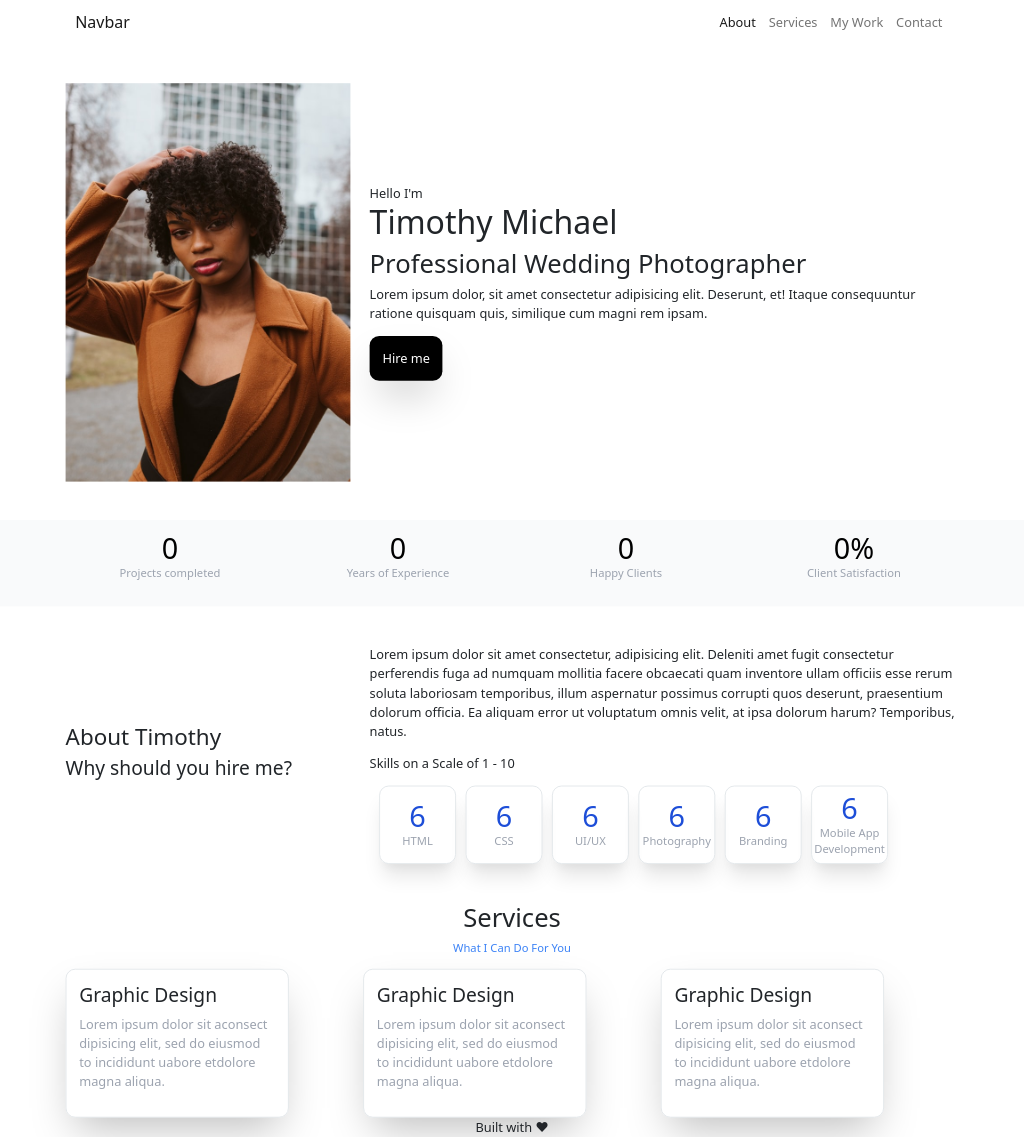
Repository: latenightsnacc/giggles
Page: HTML/freelancer.html
An editor plug-in stored every save of this project. The page is shown before and after the next save, followed by the edit.
The browser window is 1280 px wide. The pictures show the whole page, at 80% of full size.
Some web libraries are served in a nearby version.

Above is the page before, as saved 2021-01-03 15:41:11.

### HTML/freelancer.html
<!DOCTYPE html>
<html lang="en">
<head>
    <meta charset="UTF-8">
    <meta name="viewport" content="width=device-width, initial-scale=1.0">
    <link href="https://cdnjs.cloudflare.com/ajax/libs/tailwindcss/2.0.2/tailwind.min.css" rel="stylesheet">
    <link rel="stylesheet" href="https://stackpath.bootstrapcdn.com/font-awesome/4.7.0/css/font-awesome.min.css" />
    <link href="https://cdn.jsdelivr.net/npm/bootstrap@5.0.0-beta1/dist/css/bootstrap.min.css" rel="stylesheet" integrity="sha384-giJF6kkoqNQ00vy+HMDP7azOuL0xtbfIcaT9wjKHr8RbDVddVHyTfAAsrekwKmP1" crossorigin="anonymous">
    <title>Freelancer Page</title>
</head>
<body>
    <header class="container">
        <nav class="navbar navbar-expand-lg navbar-light bg-white">
            <div class="container-fluid">
              <a class="navbar-brand" href="#">Navbar</a>
              <button class="navbar-toggler" type="button" data-bs-toggle="collapse" data-bs-target="#navbarNavDropdown" aria-controls="navbarNavDropdown" aria-expanded="false" aria-label="Toggle navigation">
                <span class="navbar-toggler-icon"></span>
              </button>
              <div class="collapse navbar-collapse" id="navbarNavDropdown">
                <ul class="navbar-nav ml-auto">
                  <li class="nav-item">
                    <a class="nav-link active" aria-current="page" href="#">About</a>
                  </li>
                  <li class="nav-item">
                    <a class="nav-link" href="#">Services</a>
                  </li>
                  <li class="nav-item">
                    <a class="nav-link" href="#">My Work</a>
                  </li>
                  <li class="nav-item">
                    <a class="nav-link" href="#">Contact</a>
                  </li>
                  <!-- <li class="nav-item dropdown">
                    <a class="nav-link dropdown-toggle" href="#" id="navbarDropdownMenuLink" role="button" data-bs-toggle="dropdown" aria-expanded="false">
                      Dropdown link
                    </a>
                    <ul class="dropdown-menu" aria-labelledby="navbarDropdownMenuLink">
                      <li><a class="dropdown-item" href="#">Action</a></li>
                      <li><a class="dropdown-item" href="#">Another action</a></li>
                      <li><a class="dropdown-item" href="#">Something else here</a></li>
                    </ul>
                  </li> -->
                </ul>
              </div>
            </div>
        </nav>
    </header>
    <main>
        <!--User Banner-->
        <div class="container mt-5">
            <div class="row flex items-center h-auto">
                <div class="col-sm-12 col-md-4 col-lg-4 col-xl-4">
                    <img src="assets/userDp.jpg" alt="Profile Picture">
                </div>
                <div class="col-sm-12 col-md-8 col-lg-8 col-xl-8">
                    <div class="user-info">
                        <span>Hello I'm</span>
                        <h1>Timothy Michael</h1>
                        <h2>Professional Wedding Photographer</h2>
                        <p>Lorem ipsum dolor, sit amet consectetur adipisicing elit. Deserunt, et! Itaque consequuntur ratione quisquam quis, similique cum magni rem ipsam.</p>
                        <button class="bg-black text-white p-3 semi-bold rounded-xl shadow-2xl">Hire me</button>
                    </div>
                </div>
            </div>
        </div>
        <!--User Statisitics-->
        <div class="stats w-full bg-gray-50 flex items-center h-auto py-3 mt-5">
            <div class="container">
                <div class="row">
                    <div class="stat-box col text-center">
                        <div class="bold text-4xl text-black">0</div>
                        <p class="text-sm text-gray-400">Projects completed</p>

                    </div>
                    <div class="stat-box col text-center">
                        <div class="bold text-4xl text-black">0</div>
                        <p class="text-sm text-gray-400">Years of Experience</p>
                    </div>
                    <div class="stat-box col text-center">
                        <div class="bold text-4xl text-black">0</div>
                        <p class="text-sm text-gray-400">Happy Clients</p>
                    </div>
                    <div class="stat-box col text-center">
                        <div class="bold text-4xl text-black">0%</div>
                        <p class="text-sm text-gray-400">Client Satisfaction</p>
                    </div>
                </div>
            </div>
        </div>
        <!--About User-->
        <div class="container">
            <div class="row h-auto flex flex-row items-center">
                <div class="col-sm-12 col-md-6 col-lg-4 col-xl-4 pt-5">
                    <h3>About Timothy</h3>
                    <h4>Why should you hire me?</h4>
                </div>
                <div class="col-sm-12 col-md-6 col-lg-8 col-xl-8 pt-5">
                    <p>Lorem ipsum dolor sit amet consectetur, adipisicing elit. Deleniti amet fugit consectetur perferendis fuga ad numquam mollitia facere obcaecati quam inventore ullam officiis esse rerum soluta laboriosam temporibus, illum aspernatur possimus corrupti quos deserunt, praesentium dolorum officia. Ea aliquam error ut voluptatum omnis velit, at ipsa dolorum harum? Temporibus, natus.</p>
                    <span class="bold">Skills on a Scale of 1 - 10</span>
                    <div class="d-flex flex-wrap">
                        <div class="skill-box shadow-xl max-w-sm w-24 p-2 ml-3 mt-3 border border-gray-100 rounded-xl flex flex-col items-center justify-center text-center">

                            <span class="text-blue-700 bold text-4xl">6</span>
                            <div class="text-sm text-gray-400">HTML</div>
                        </div>
                        <div class="skill-box shadow-xl max-w-sm w-24 p-2 ml-3 mt-3 border border-gray-100 rounded-xl flex flex-col items-center justify-center text-center">

                            <span class="text-blue-700 bold text-4xl">6</span>
                            <div class="text-sm text-gray-400">CSS</div>
                        </div>
                        <div class="skill-box shadow-xl max-w-sm w-24 p-2 ml-3 mt-3 border border-gray-100 rounded-xl flex flex-col items-center justify-center text-center">

                            <span class="text-blue-700 bold text-4xl">6</span>
                            <div class="text-sm text-gray-400">UI/UX</div>
                        </div>
                        <div class="skill-box shadow-xl max-w-sm w-24 p-2 ml-3 mt-3 border border-gray-100 rounded-xl flex flex-col items-center justify-center text-center">

                            <span class="text-blue-700 bold text-4xl">6</span>
                            <div class="text-sm text-gray-400">Photography</div>
                        </div>
                        <div class="skill-box shadow-xl max-w-sm w-24 p-2 ml-3 mt-3 border border-gray-100 rounded-xl flex flex-col items-center justify-center text-center">

                            <span class="text-blue-700 bold text-4xl">6</span>
                            <div class="text-sm text-gray-400">Branding</div>
                        </div>
                        <div class="skill-box shadow-xl max-w-sm w-24 p-2 ml-3 mt-3 border border-gray-100 rounded-xl flex flex-col items-center justify-center text-center">

                            <span class="text-blue-700 bold text-4xl">6</span>
                            <div class="text-sm text-gray-400">Mobile App Development</div>
                        </div>
                    </div>
                </div>
            </div>
        </div>
        <!--Services User Provides-->
        <div class="container mt-5">
            <h2 class="text-center">Services</h2>
            <p class="text-blue-500 text-sm capitalize text-center">What I can do for you</p>
            <div class="d-flex flex-wrap">
                <div class="col-3 shadow-2xl border border-gray-100 rounded-xl p-3 mr-auto hover:bg-black hover:text-white">
                    <div class="service-title text-2xl bold  pb-2">Graphic Design</div>
                    <p class="text-md text-gray-400">Lorem ipsum dolor sit aconsect dipisicing elit, sed do eiusmod to incididunt uabore etdolore magna aliqua.</p>
                </div>
                <div class="col-3 shadow-2xl border border-gray-100 rounded-xl p-3 mr-auto hover:bg-black hover:text-white">
                    <div class="service-title text-2xl bold  pb-2">Graphic Design</div>
                    <p class="text-md text-gray-400">Lorem ipsum dolor sit aconsect dipisicing elit, sed do eiusmod to incididunt uabore etdolore magna aliqua.</p>
                </div>
                <div class="col-3 shadow-2xl border border-gray-100 rounded-xl p-3 mr-auto hover:bg-black hover:text-white">
                    <div class="service-title text-2xl bold  pb-2">Graphic Design</div>
                    <p class="text-md text-gray-400">Lorem ipsum dolor sit aconsect dipisicing elit, sed do eiusmod to incididunt uabore etdolore magna aliqua.</p>
                </div>
            </div>

        </div>
    </main>
    <footer class="text-center">Built with &hearts; </footer>
    <script src="https://cdn.jsdelivr.net/npm/bootstrap@5.0.0-beta1/dist/js/bootstrap.bundle.min.js" integrity="sha384-ygbV9kiqUc6oa4msXn9868pTtWMgiQaeYH7/t7LECLbyPA2x65Kgf80OJFdroafW" crossorigin="anonymous"></script>

</body>
</html>

After the next save:
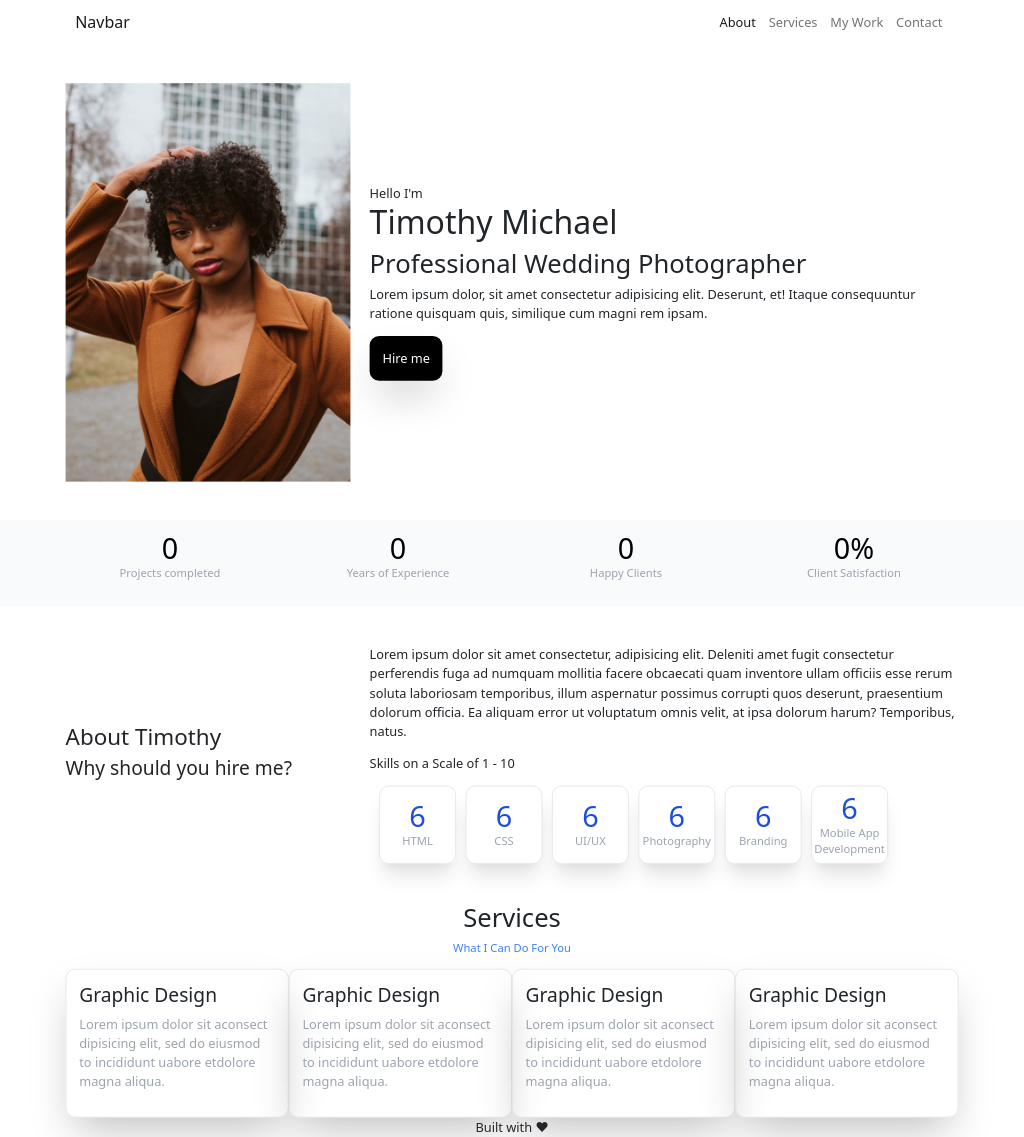
Saved 10 s later.
--- a/HTML/freelancer.html
+++ b/HTML/freelancer.html
@@ -149,6 +149,10 @@
                     <div class="service-title text-2xl bold  pb-2">Graphic Design</div>
                     <p class="text-md text-gray-400">Lorem ipsum dolor sit aconsect dipisicing elit, sed do eiusmod to incididunt uabore etdolore magna aliqua.</p>
                 </div>
+                <div class="col-3 shadow-2xl border border-gray-100 rounded-xl p-3 mr-auto hover:bg-black hover:text-white">
+                    <div class="service-title text-2xl bold  pb-2">Graphic Design</div>
+                    <p class="text-md text-gray-400">Lorem ipsum dolor sit aconsect dipisicing elit, sed do eiusmod to incididunt uabore etdolore magna aliqua.</p>
+                </div>
             </div>
 
         </div>
